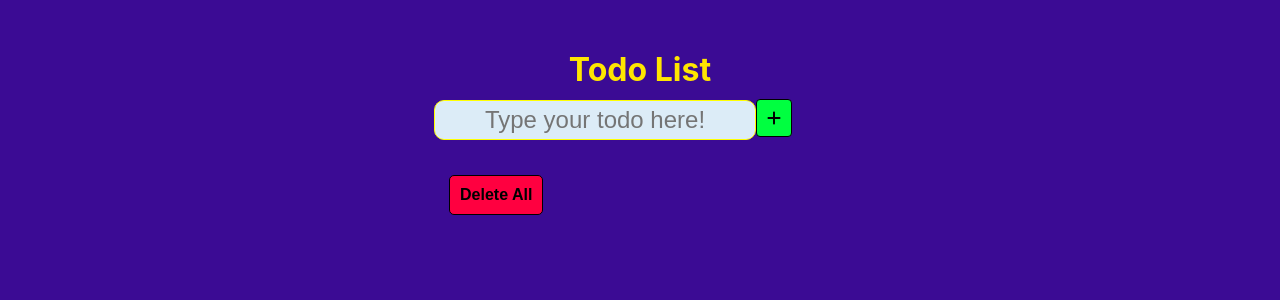
Repository: badhon252/todo-app
Page: /
These files come from the project's save history. The page is drawn as it stood at one moment and after the next save; the edit follows.
The browser window is 1280 px wide. The pictures show the whole page.
The project was rebuilt for these pictures with package versions that can differ from the ones it lists, and the page was loaded fresh each time.

Above is the page before, as saved 2022-01-26 17:34:31.

### public/index.html
<!DOCTYPE html>
<html lang="en">

<head>
  <meta charset="utf-8" />
  <link rel="icon" href="%PUBLIC_URL%/favicon.ico" />
  <meta name="viewport" content="width=device-width, initial-scale=1" />
  <meta name="theme-color" content="#000000" />
  <meta name="description" content="Web site created using create-react-app" />
  <link rel="apple-touch-icon" href="%PUBLIC_URL%/logo192.png" />

  <link rel="manifest" href="%PUBLIC_URL%/manifest.json" />

  <link rel="stylesheet" href="https://cdnjs.cloudflare.com/ajax/libs/font-awesome/5.15.4/css/all.min.css"
    integrity="sha512-1ycn6IcaQQ40/MKBW2W4Rhis/DbILU74C1vSrLJxCq57o941Ym01SwNsOMqvEBFlcgUa6xLiPY/NS5R+E6ztJQ=="
    crossorigin="anonymous" referrerpolicy="no-referrer" />
  <title>React App</title>
</head>

<body>
  <noscript>You need to enable JavaScript to run this app.</noscript>
  <div id="root"></div>
  <!--
      This HTML file is a template.
      If you open it directly in the browser, you will see an empty page.

      You can add webfonts, meta tags, or analytics to this file.
      The build step will place the bundled scripts into the <body> tag.

      To begin the development, run `npm start` or `yarn start`.
      To create a production bundle, use `npm run build` or `yarn build`.
    -->
</body>

</html>

### src/App.js
import Todo from "./components/Todo";

function App() {
  return (
    <div className="App">
      <Todo />
    </div>
  );
}

export default App;

### src/components/Todo.js
import React, { useState } from "react";
import { FontAwesomeIcon } from "@fortawesome/react-fontawesome";
import { faPlus, faTrash, faEdit } from "@fortawesome/free-solid-svg-icons";
import "../Styles/style.css";

export default function Todo() {
  const [inputItems, setInputItems] = useState("");
  const [todo, setTodo] = useState([]);

  const addItems = () => {
    if (!inputItems) {
      alert("Your input field is blank!!");
    } else {
      const myNewInput = {
        id: new Date().getTime().toString(),
        name: inputItems,
      };
      setTodo((e) => [...todo, myNewInput]);
      setInputItems("");
    }
  };

  const handleClick = (index) => {
    const updateItems = todo.filter((current) => {
      return current.id !== index;
    });
    setTodo(updateItems);
  };

  return (
    <div className="main-div">
      <h1>Todo List</h1>
      <div className="inputs">
        <input
          type="text"
          name=""
          id="input-box"
          placeholder="Type your todo here!"
          value={inputItems}
          onChange={(e) => setInputItems(e.target.value)}
        />
        <FontAwesomeIcon icon={faPlus} className="add-btn" onClick={addItems} />

        {/* <button type="submit" className="add-btn" onClick={addItems}>
          Add
        </button> */}
      </div>
      {/* showing items =============== */}
      <div className="show-items">
        {todo.map((currentItems) => {
          return (
            <div key={currentItems.id}>
              <li className="todo-item">
                {currentItems.name}
                <FontAwesomeIcon icon={faEdit} className="icon edit" />
                <FontAwesomeIcon
                  icon={faTrash}
                  className="icon delete"
                  onClick={() => handleClick(currentItems.id)}
                />
              </li>
            </div>
          );
        })}
        <input
          type="button"
          value="Delete All"
          className="delete-all"
          onClick={() => setTodo([])}
        />
      </div>
    </div>
  );
}

### src/Styles/style.css
* {
  margin: 0;
  padding: 0;
  background-color: #3b0b94;
}

.main-div {
  padding-top: 50px;
  margin: auto;
  /* text-align: center; */
  width: 27rem;
}
h1 {
  color: #ffe600;
  text-align: center;
}
#input-box {
  color: #000000;
  padding: 5px;
  font-size: 1.5rem;
  border: 1px solid yellow;
  background-color: #dcecf7;
  border-radius: 10px;
  text-align: center;
}
.inputs {
  margin: 10px;
}

.add-btn {
  padding: 10px;
  background-color: rgb(0, 255, 64);
  color: rgb(0, 0, 0);
  border: 1px solid rgb(0, 0, 0);
  font-weight: 700;
  font-size: 1rem;
  border-radius: 4px;
  cursor: pointer;
  margin-bottom: -7px;
}

.icon {
  margin: 0 10px;
  border-radius: 5px;
  cursor: pointer;
  /* background-color: rgb(0, 255, 34); */
  /* color: rgb(0, 0, 0); */
  /* border: 1px solid black; */
  /* font-weight: 700; */
}
.todo-item {
  /* background-color: #5b0080; */
  padding: 5px;
  color: white;
  font-size: 20px;
  font-weight: 700;
}

.delete:hover {
  color: red;
}
.edit:hover {
  color: rgb(0, 255, 0);
}

.delete-all {
  background-color: rgb(255, 0, 64);
  color: rgb(0, 0, 0);
  font-weight: 600;
  border: 1px solid black;
  border-radius: 5px;
  font-size: 1rem;
  padding: 10px;
  margin: 25px;
  cursor: pointer;
}
li {
  background-color: #2b007c;
  margin: 2px;
}

Loaded but not shown: src/index.js (common file); src/index.css (common file); src/reportWebVitals.js (common file)

After the next save:
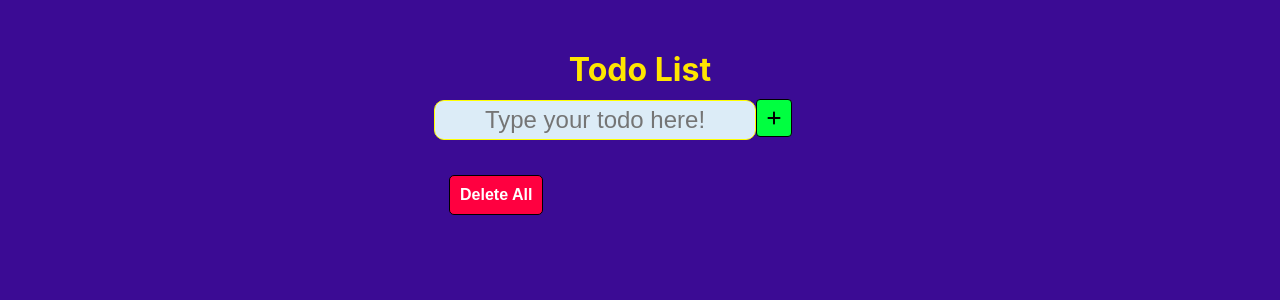
Saved 10 s later.
--- a/src/Styles/style.css
+++ b/src/Styles/style.css
@@ -65,7 +65,7 @@ h1 {
 
 .delete-all {
   background-color: rgb(255, 0, 64);
-  color: rgb(0, 0, 0);
+  color: rgb(255, 255, 255);
   font-weight: 600;
   border: 1px solid black;
   border-radius: 5px;
